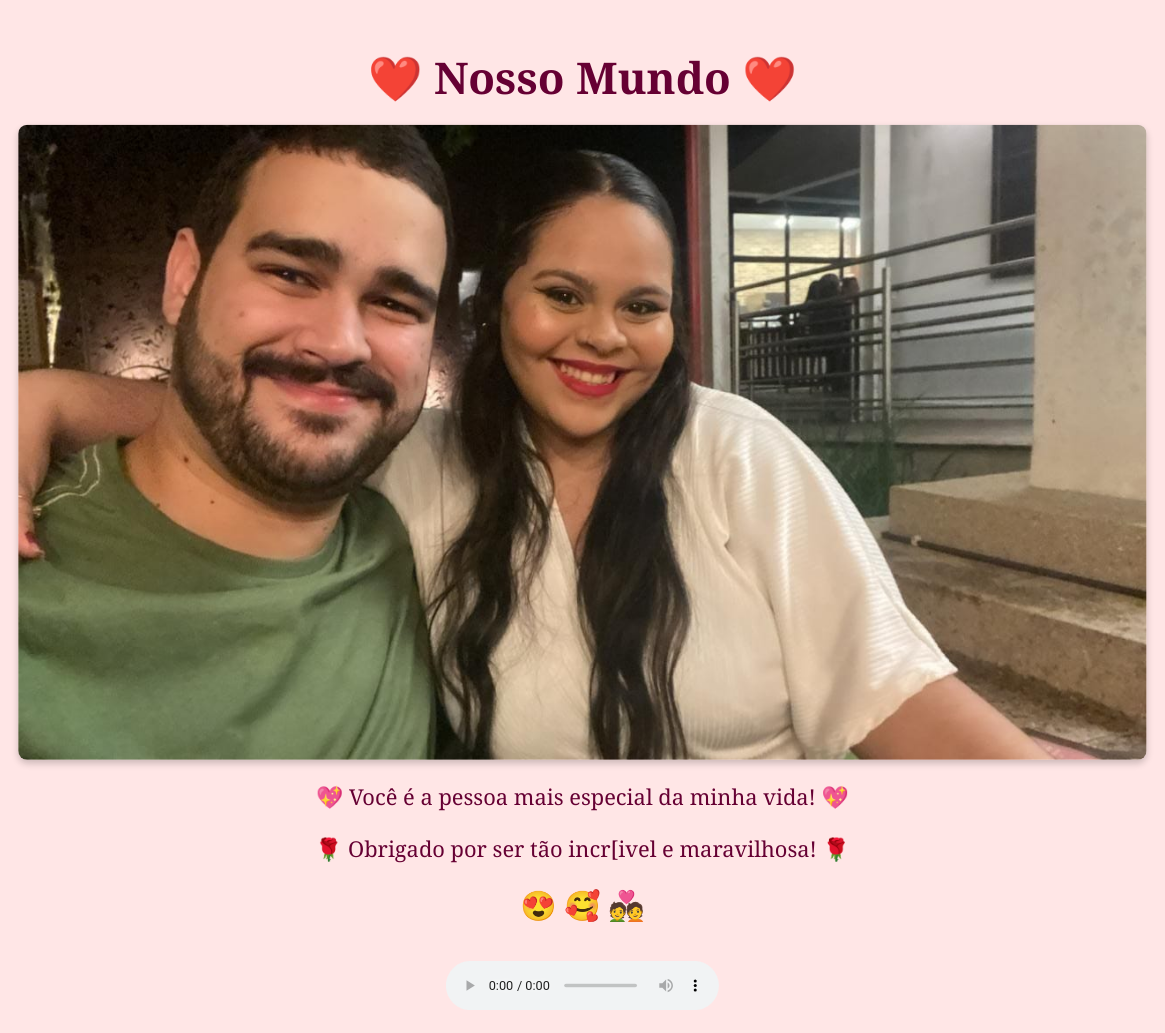
Repository: EduardoNegri/romantic
Page: Downloads/romantic/index.html
An editor plug-in stored every save of this project. The page is shown before and after the next save, followed by the edit.
The browser window is 1280 px wide. The pictures show the whole page, at 91% of full size.

Above is the page before, as saved 2025-03-05 14:49:53.

### Downloads/romantic/index.html
<!DOCTYPE html>
<html lang="pt-BR">
<head>
    <meta charset="UTF-8">
    <meta name="viewport" content="width=device-width, initial-scale=1.0">
    <title>Site Romântico</title>
    <link rel="stylesheet" href="styles.css">
</head>
<body>
    <div class="container">
        <h1>❤️ Nosso Mundo ❤️</h1>

        <!-- Área para fotos -->
        <div class="gallery">

            <img src="foto2.jpg.jpeg" alt="Nossa Foto 2">
            <!-- Adicione mais fotos aqui -->
        </div>

        <!-- Área para mensagens -->
        <div class="messages">
            <p>💖 Você é a pessoa mais especial da minha vida! 💖</p>
            <p>🌹 Obrigado por ser tão incr[ivel e maravilhosa! 🌹</p>
            <!-- Adicione mais mensagens aqui -->
        </div>

        <!-- Área para emojis -->
        <div class="emojis">
            <span>😍</span>
            <span>🥰</span>
            <span>💑</span>
            <!-- Adicione mais emojis aqui -->
        </div>

        <!-- Áudio para música romântica -->
        <audio controls autoplay loop>
            <source src="08 Que Sorte a Nossa (1).mp3" type="audio/mpeg">
            Seu navegador não suporta o elemento de áudio.
        </audio>
    </div>

    <script src="script.js"></script>
</body>
</html>

### Downloads/romantic/styles.css
body {
    font-family: 'Georgia', serif;
    background-color: #ffe6e6;
    color: #660033;
    text-align: center;
    margin: 0;
    padding: 0;
}

.container {
    padding: 20px;
}

h1 {
    font-size: 3em;
    margin-bottom: 20px;
}

.gallery {
    display: flex;
    justify-content: center;
    flex-wrap: wrap;
    gap: 10px;
    margin-bottom: 20px;
}

.gallery img {
    max-width: 100%;
    height: auto;
    border-radius: 10px;
    box-shadow: 0 4px 8px rgba(0, 0, 0, 0.2);
}

.messages {
    font-size: 1.5em;
    margin-bottom: 20px;
}

.emojis {
    font-size: 2em;
    margin-bottom: 20px;
}

audio {
    margin-top: 20px;
}

### Downloads/romantic/script.js
// Exemplo de JavaScript para um slideshow simples
let currentImageIndex = 0;
const images = document.querySelectorAll('.gallery img');

function showNextImage() {
    images[currentImageIndex].style.display = 'none';
    currentImageIndex = (currentImageIndex + 1) % images.length;
    images[currentImageIndex].style.display = 'block';
}

setInterval(showNextImage, 3000); // Troca de imagem a cada 3 segundos

After the next save:
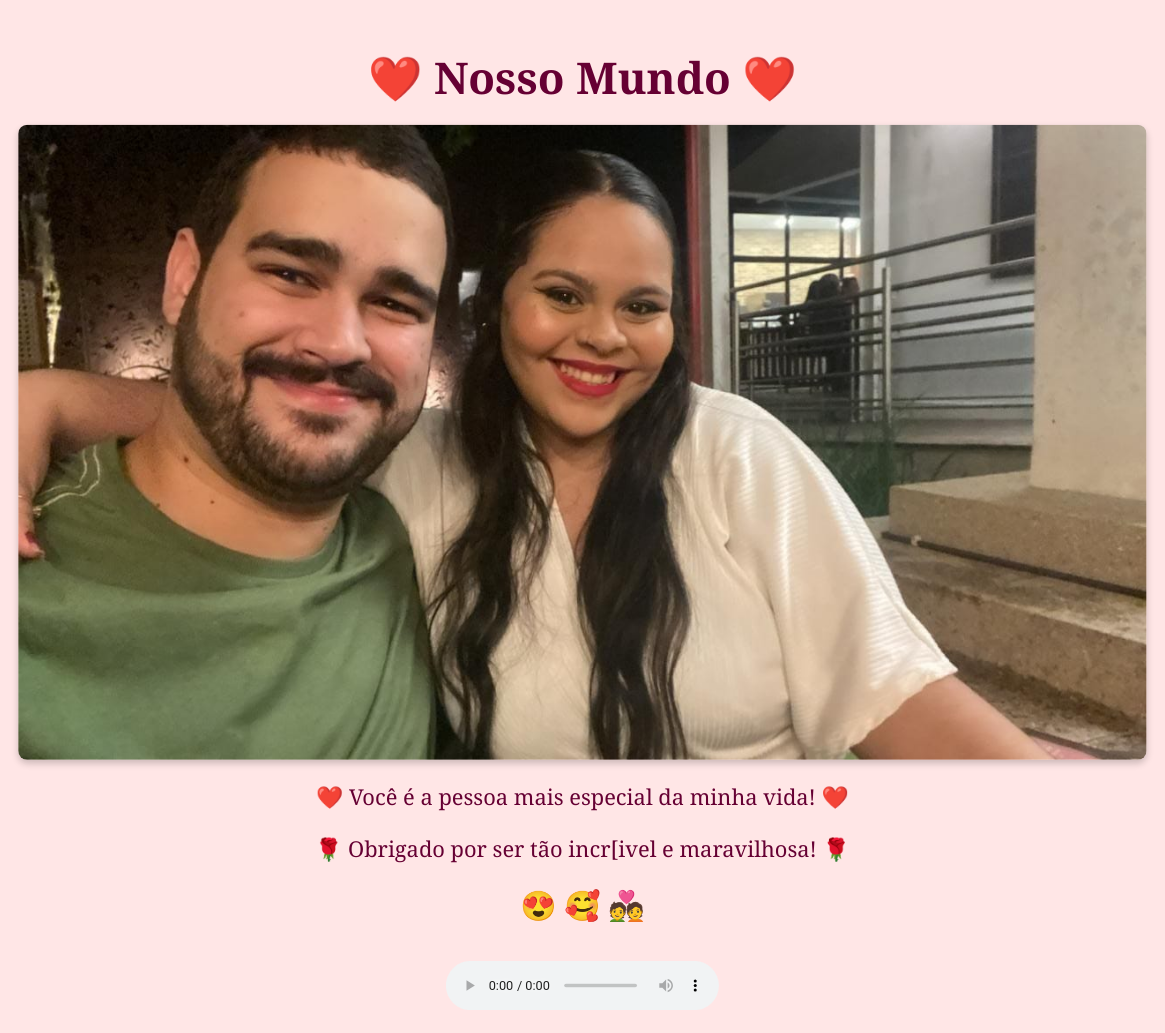
Saved 95 s later.
--- a/Downloads/romantic/index.html
+++ b/Downloads/romantic/index.html
@@ -19,7 +19,7 @@
 
         <!-- Área para mensagens -->
         <div class="messages">
-            <p>💖 Você é a pessoa mais especial da minha vida! 💖</p>
+            <p><p>❤️ Você é a pessoa mais especial da minha vida! ❤️</p></p>
             <p>🌹 Obrigado por ser tão incr[ivel e maravilhosa! 🌹</p>
             <!-- Adicione mais mensagens aqui -->
         </div>
